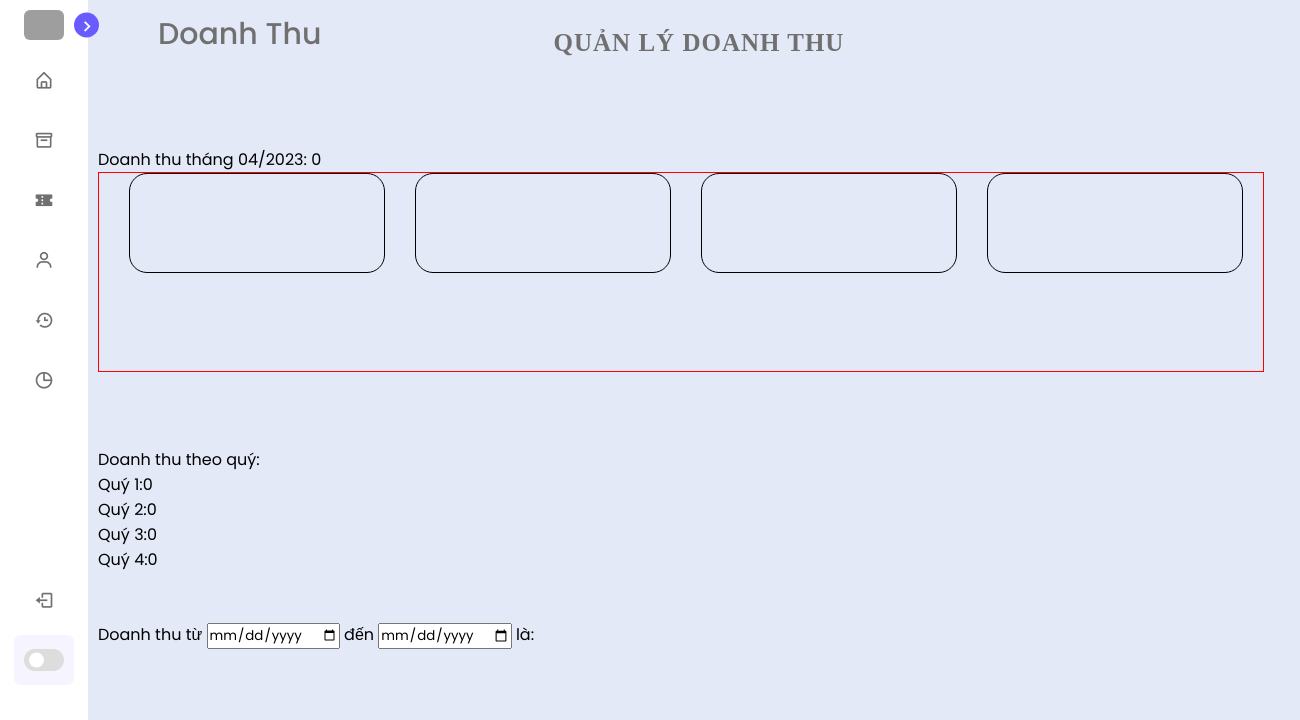
Repository: JeffDaveHudson/CapstoneProject
Page: http://localhost/CapstoneProject/revenue
The author's editor kept a copy of each file at every save. The page is drawn from the files as they stood at one save, then again after the next save.
The browser window is 1280 px wide. The page is 1300 px wide, so the pictures cover 1300 px, including what lies to the right of the window. The pictures show the whole page.
Pictures or frames that could not be fetched are drawn as grey boxes. The page is served by Tomcat 9. Queries for data that is not in the repository find no rows.

Above is the page before, as saved 2023-06-14 03:33:37.

After the next save:
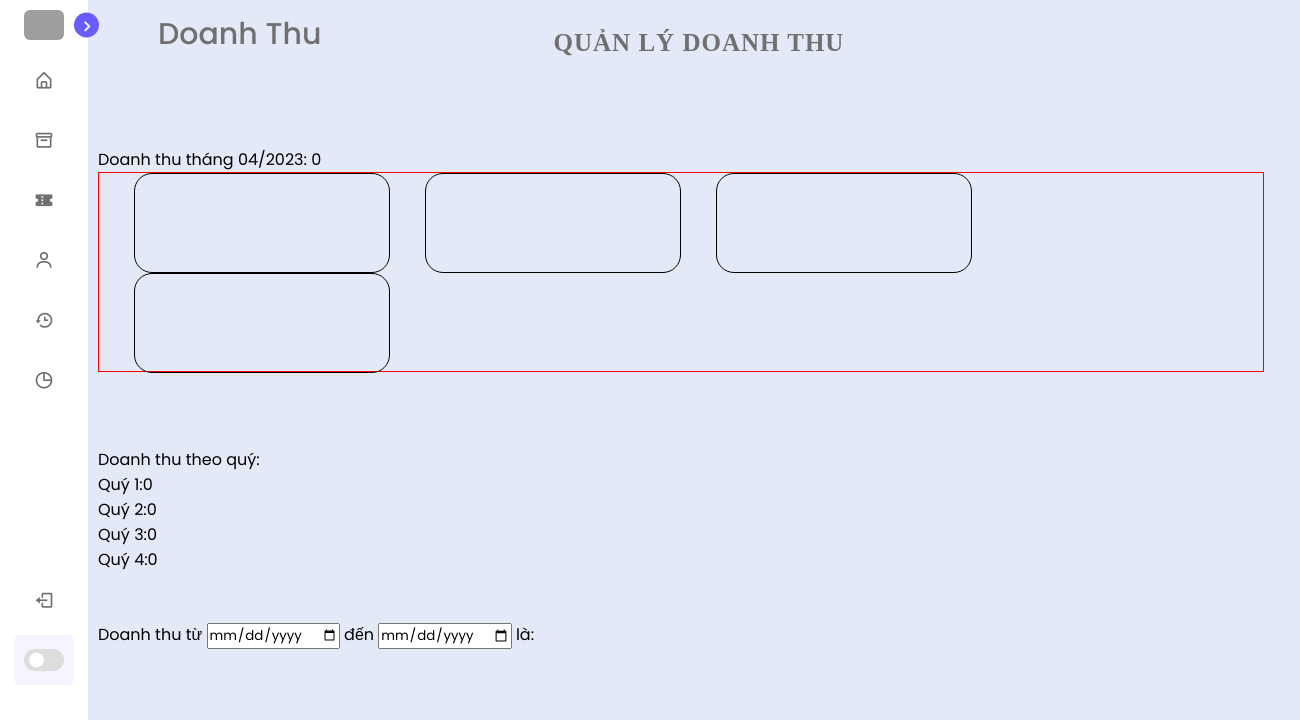
Saved 19 s later.
--- a/CapstoneProject/src/main/webapp/admin/Revenue.jsp
+++ b/CapstoneProject/src/main/webapp/admin/Revenue.jsp
@@ -33,7 +33,7 @@
 	height: 100px;
 	border-radius: 18px;
 	float: left;
-	margin-left: 30px;
+	margin-left: 35px;
 }
 </style>
 
